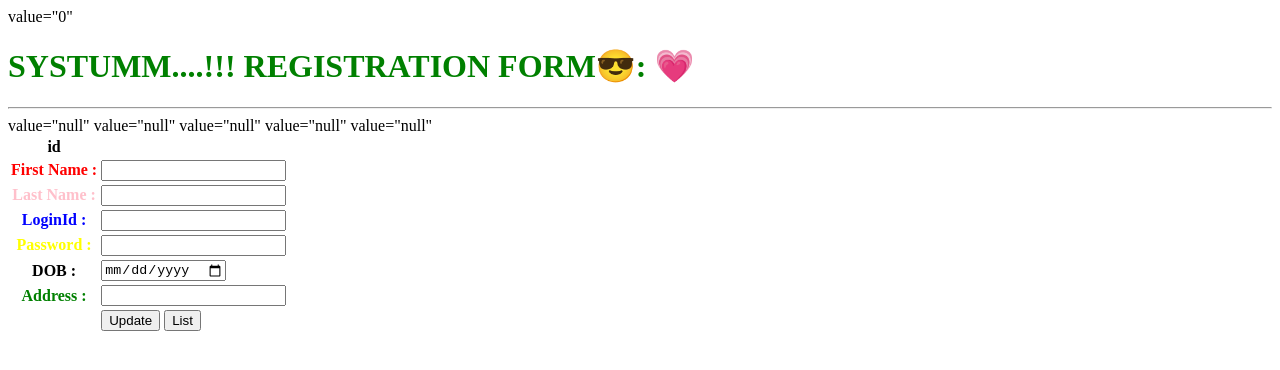
Repository: Jatdevta/AdvanceJava
Page: http://localhost/DynamicProject/UpdateUser.jsp
The author's editor kept a copy of each file at every save. The page is drawn from the files as they stood at one save, then again after the next save.
The browser window is 1280 px wide. The pictures show the whole page.
The page is served by Tomcat 9. Other server files are loaded and not shown.

Above is the page before, as saved 2023-08-21 09:46:06.

### Advancejava/DynamicProject/WebContent/UpdateUser.jsp
<%@page import="in.co.rays.bean.UserBean"%>
<%@ page language="java" contentType="text/html; charset=ISO-8859-1"
	pageEncoding="ISO-8859-1"%>
<!DOCTYPE html>
<html>
<head>
<meta charset="ISO-8859-1">
<title>Insert title here</title>
</head>
<body>
 <%
 UserBean bean = new UserBean();
 %>

	<form action="UserCtl" method="post">
		<table>

			<tr>
				<th>id</th>
				<td><input type="hidden" name="id"></td>
				value="<%=bean.getId() %>"
			</tr>

			<tr>
				<h1>
					<font color="green">SYSTUMM....!!! REGISTRATION
						FORM&#128526: &#128151 </font>
				</h1>
				<hr>
				<th style="color: red;">First Name :</th>
				<td><input type="text" name="firstName"></td>
				value="<%=bean.getFirstName() %>"
			</tr>
			<tr>
				<th style="color: pink;">Last Name :</th>
				<td><input type="text" name="lastName"></td>
				value="<%=bean.getLastName() %>"
			</tr>
			<tr>
				<th style="color: blue;">LoginId :</th>
				<td><input type="text" name="loginId"></td>
				value="<%=bean.getLoginId()%>"
			</tr>
			<tr>
				<th style="color: yellow;">Password :</th>
				<td><input type="password" name="password"></td>
				value="<%=bean.getPassword()%>"
			</tr>
			<tr>
				<th style="color: voilet;">DOB :</th>
				<td><input type="date" name="dob"></td>
				value="<%=bean.getDob() %>"
			</tr>
			<tr>
				<th style="color: green;">Address :</th>
				<td><input type="text" name="address"></td>
			</tr>
			<tr>
				<th></th>
				<td><input type="Submit" name="operation" value="Update">
					<input type="submit" name="operation" value="List"></td>
			</tr>
		</table>
	</form>
</body>
</html>

### Advancejava/DynamicProject/src/in/co/rays/bean/UserBean.java
package in.co.rays.bean;

import java.util.Date;

public class UserBean {
	private int id ;
	private String FirstName;
	private String LastName ;
	private String LoginId;
	private String Password;
	private String Address;
	private Date Dob;
	public int getId() {
		return id;
	}
	public void setId(int id) {
		this.id = id;
	}
	public String getFirstName() {
		return FirstName;
	}
	public void setFirstName(String firstName) {
		FirstName = firstName;
	}
	public String getLastName() {
		return LastName;
	}
	public void setLastName(String lastName) {
		LastName = lastName;
	}
	public String getLoginId() {
		return LoginId;
	}
	public void setLoginId(String loginId) {
		LoginId = loginId;
	}
	public String getPassword() {
		return Password;
	}
	public void setPassword(String password) {
		Password = password;
	}
	public String getAddress() {
		return Address;
	}
	public void setAddress(String address) {
		Address = address;
	}
	public Date getDob() {
		return Dob;
	}
	public void setDob(Date dob) {
		Dob = dob;
	}




}

After the next save:
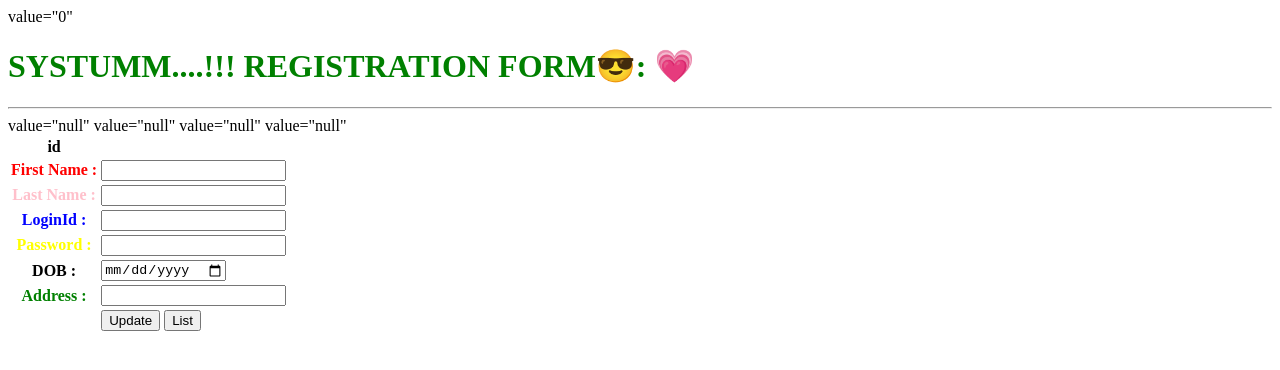
Saved 11 s later.
--- a/Advancejava/DynamicProject/WebContent/UpdateUser.jsp
+++ b/Advancejava/DynamicProject/WebContent/UpdateUser.jsp
@@ -29,7 +29,7 @@
 				<hr>
 				<th style="color: red;">First Name :</th>
 				<td><input type="text" name="firstName"></td>
-				value="<%=bean.getFirstName() %>"
+
 			</tr>
 			<tr>
 				<th style="color: pink;">Last Name :</th>

After the save that followed:
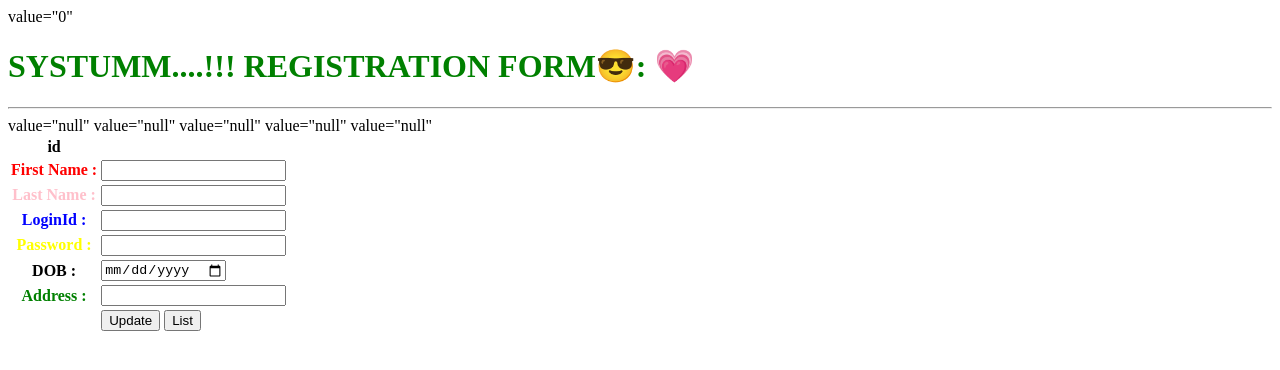
Saved 13 s later.
--- a/Advancejava/DynamicProject/WebContent/UpdateUser.jsp
+++ b/Advancejava/DynamicProject/WebContent/UpdateUser.jsp
@@ -29,7 +29,7 @@
 				<hr>
 				<th style="color: red;">First Name :</th>
 				<td><input type="text" name="firstName"></td>
-
+				value="<%=bean.getFirstName() %>"
 			</tr>
 			<tr>
 				<th style="color: pink;">Last Name :</th>
